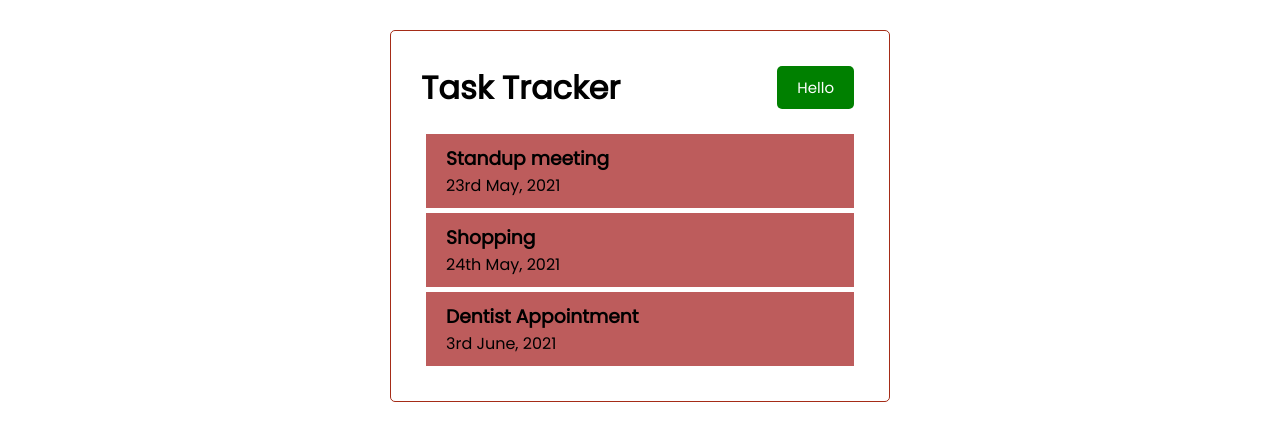
Repository: NIMRAH97/React-Strap-Test
Page: /
The author's editor kept a copy of each file at every save. The page is drawn from the files as they stood at one save, then again after the next save.
The browser window is 1280 px wide. The pictures show the whole page.
The project was rebuilt for these pictures with package versions that can differ from the ones it lists, and the page was loaded fresh each time.

Above is the page before, as saved 2021-05-22 16:37:19.

### src/index.css
@import url('https://fonts.googleapis.com/css2?family=Poppins:wght@300;400&display=swap');

* {
  box-sizing: border-box;
  margin: 0;
  padding: 0;
}

body {
  font-family: 'Poppins', sans-serif;
}

.container {
  max-width: 500px;
  margin: 30px auto;
  overflow: auto;
  min-height: 300px;
  border: 1px solid rgb(165, 44, 23);
  padding: 30px;
  border-radius: 5px;
}

.header {
  display: flex;
  justify-content: space-between;
  align-items: center;
  margin-bottom: 20px;
}

.btn {
  display: inline-block;
  background: #000;
  color: #fff;
  border: none;
  padding: 10px 20px;
  margin: 5px;
  border-radius: 5px;
  cursor: pointer;
  text-decoration: none;
  font-size: 15px;
  font-family: inherit;
}

.btn:focus {
  outline: none;
}

.btn:active {
  transform: scale(0.98);
}

.btn-block {
  display: block;
  width: 100%;
}

.task {
  background: #bd5c5c;
  margin: 5px;
  padding: 10px 20px;
  cursor: pointer;
}

.task.reminder {
  border-left: 5px solid green;
}

.task h3 {
  display: flex;
  align-items: center;
  justify-content: space-between;
}

.add-form {
  margin-bottom: 40px;
}

.form-control {
  margin: 20px 0;
}

.form-control label {
  display: block;
}

.form-control input {
  width: 100%;
  height: 40px;
  margin: 5px;
  padding: 3px 7px;
  font-size: 17px;
}

.form-control-check {
  display: flex;
  align-items: center;
  justify-content: space-between;
}

.form-control-check label {
  flex: 1;
}

.form-control-check input {
  flex: 2;
  height: 20px;
}

footer {
  margin-top: 30px;
  text-align: center;
}

### src/App.js
import { useState } from 'react';
import Header from './components/Header';
import Tasks from './components/Tasks';

const App = () => {
    const [tasks, setTasks] = useState([
        {
            id: 1,
            text: "Standup meeting",
            day: '23rd May, 2021',
            reminder: true

        },
        {
            id: 2,
            text: "Shopping",
            day: '24th May, 2021',
            reminder: true

        },
        {
            id: 3,
            text: "Dentist Appointment",
            day: '3rd June, 2021',
            reminder: false

        }

    ])
    return (
        <div className='container'>
            <Header />
            <Tasks tasks={tasks} />
        </div>
    )
}

export default App;

### src/components/Header.js
import PropTypes from 'prop-types'
import Button from './Button'
const Header = ({ title }) => {
    const onClick = () => {
        console.log("click triggered")
    }
    return (
        <header className="header">
            <h1>{title}</h1>
            <Button color="green" text='Hello' onClick={onClick} />
        </header>
    )
}

Header.defaultProps = {
    title: "Task Tracker",
}
Header.propTypes = {
    title: PropTypes.string.isRequired,
}
export default Header

### src/components/Tasks.js
import Task from './Task'
const Tasks = ({ tasks }) => {
    return (
        <>
            {tasks.map((task) => (
                <Task key={task.id} task={task} />
            ))}
        </>
    )
}

export default Tasks

### src/components/Button.js
import PropTypes from 'prop-types'

const Button = ({ color, text, onClick }) => {

    return <button onClick={onClick} style={{ backgroundColor: color }} className='btn'>{text}</button>
}

Button.defaultProps = {
    color: 'steelBlue',
}
Button.propTypes = {
    text: PropTypes.string,
    color: PropTypes.string,
    onClick: PropTypes.func,
}

export default Button

### src/components/Task.js
const Task = ({ task }) => {
    return (
        <div className='task'>
            <h3>{task.text}</h3>
            <p>{task.day}</p>

        </div>
    )
}

export default Task

Loaded but not shown: public/index.html (common file); src/index.js (common file); src/reportWebVitals.js (common file)

After the next save:
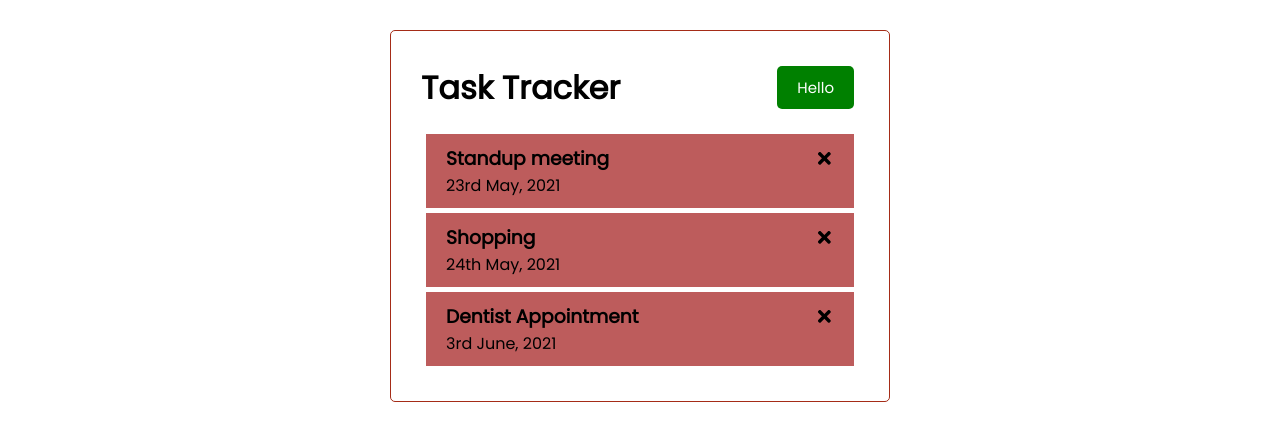
Saved 8 min 14 s later.
--- a/src/components/Task.js
+++ b/src/components/Task.js
@@ -1,7 +1,10 @@
+import { FaTimes } from 'react-icons/fa'
 const Task = ({ task }) => {
     return (
         <div className='task'>
-            <h3>{task.text}</h3>
+            <h3>
+                {task.text}<FaTimes />
+            </h3>
             <p>{task.day}</p>
 
         </div>
